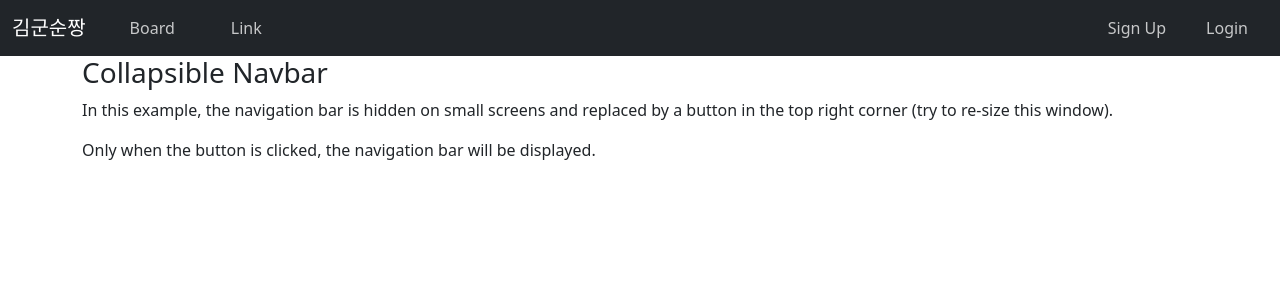
Repository: SeeUSoon93/Spring
Page: http://localhost/SpringMVC03/WEB-INF/views/index.jsp
An editor plug-in stored every save of this project. The page is shown before and after the next save, followed by the edit.
The browser window is 1280 px wide. The pictures show the whole page.
The page is served by Tomcat 9. Nobody is signed in. Other server files are loaded and not shown. The template is opened directly, without the code that normally fills it, so the values that code supplies are empty.

Above is the page before, as saved 2023-10-06 03:06:52.

### SpringMVC03/src/main/webapp/WEB-INF/views/index.jsp
<%@ page language="java" contentType="text/html; charset=UTF-8"
    pageEncoding="UTF-8"%>
<%@ taglib prefix="c" uri="http://java.sun.com/jsp/jstl/core" %>
<!DOCTYPE html>
<html lang="en">
<head>
  <title>SpringMVC03</title>
  <meta charset="utf-8">
  <meta name="viewport" content="width=device-width, initial-scale=1">

</head>
<body>

	<jsp:include page="common/header.jsp"></jsp:include>

<div class="container">
  <h3>Collapsible Navbar</h3>
  <p>In this example, the navigation bar is hidden on small screens and replaced by a button in the top right corner (try to re-size this window).
  <p>Only when the button is clicked, the navigation bar will be displayed.</p>
</div>

</body>
</html>

### SpringMVC03/src/main/webapp/WEB-INF/views/common/header.jsp
<%@ page language="java" contentType="text/html; charset=UTF-8"
    pageEncoding="UTF-8"%>
<!DOCTYPE html>
<html lang="en">
<head>
  <title>Bootstrap Example</title>
  <meta charset="utf-8">
  <meta name="viewport" content="width=device-width, initial-scale=1">
  <link href="https://cdn.jsdelivr.net/npm/bootstrap@5.3.2/dist/css/bootstrap.min.css" rel="stylesheet">
  <script src="https://cdn.jsdelivr.net/npm/bootstrap@5.3.2/dist/js/bootstrap.bundle.min.js"></script>

  <style type="text/css">

  a {
     text-decoration: none;
  }

  .navbar-collapse {
     justify-content: space-between;
  }

  .navbar-nav>li{
     padding: 0 20px;

  }

  .navbar-nav>li>a {
    color : #C7C8C9;
  }


  </style>


</head>
<body>

<nav class="navbar navbar-expand-sm bg-dark navbar-dark">
  <div class="container-fluid">
    <a class="navbar-brand" href="/controller">김군순짱</a>
    <button class="navbar-toggler" type="button" data-bs-toggle="collapse" data-bs-target="#collapsibleNavbar">
      <span class="navbar-toggler-icon"></span>
    </button>
    <div class="collapse navbar-collapse" id="collapsibleNavbar">
      <ul class="navbar-nav">
        <li class="nav-item">
          <a class="nav-link" href="boardMain.do">Board</a>
        </li>
        <li class="nav-item">
          <a class="nav-link" href="#">Link</a>
        </li>
      </ul>
      <ul class="nav navbar-nav navbar-right">
        <li><a href="#"><span class="glyphicon glyphicon-user"></span> Sign Up</a></li>
        <li><a href="#"><span class="glyphicon glyphicon-log-in"></span> Login</a></li>
      </ul>

    </div>
  </div>
</nav>

</body>
</html>

After the next save:
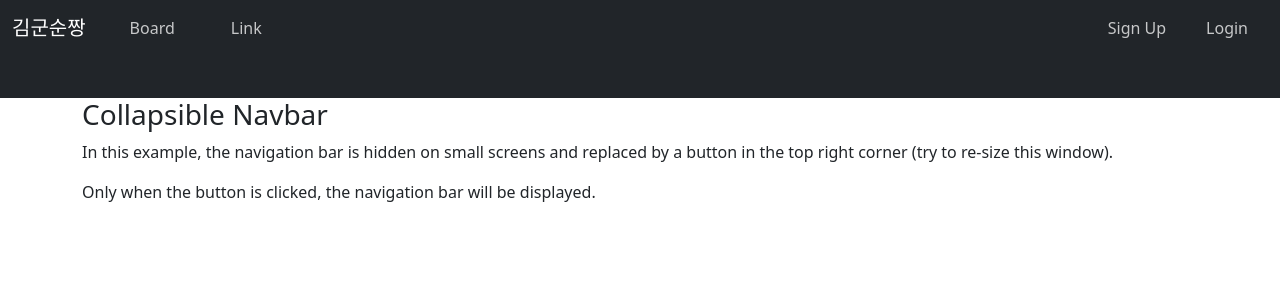
Saved 51 s later.
--- a/SpringMVC03/src/main/webapp/WEB-INF/views/common/header.jsp
+++ b/SpringMVC03/src/main/webapp/WEB-INF/views/common/header.jsp
@@ -27,7 +27,9 @@
   .navbar-nav>li>a {
     color : #C7C8C9;
   }
-
+  #header{
+  	padding-bottom:50px;
+  }
 
   </style>
 
@@ -35,7 +37,7 @@
 </head>
 <body>
 
-<nav class="navbar navbar-expand-sm bg-dark navbar-dark">
+<nav id="header" class="navbar navbar-expand-sm bg-dark navbar-dark">
   <div class="container-fluid">
     <a class="navbar-brand" href="/controller">김군순짱</a>
     <button class="navbar-toggler" type="button" data-bs-toggle="collapse" data-bs-target="#collapsibleNavbar">
